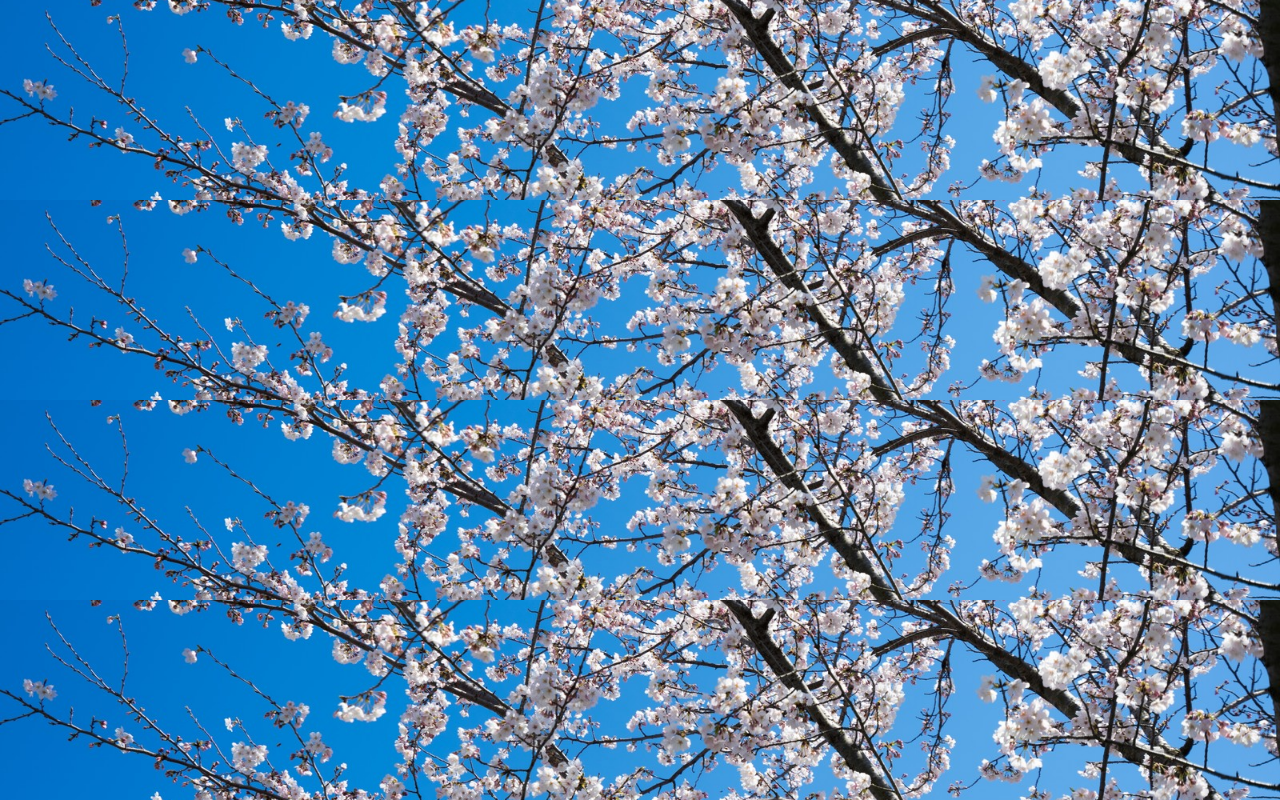
Repository: t-sato-infratop/environment
Page: chapter6_exercise/chapter6_exercise.html
The author's editor kept a record of every edit. The page is drawn from the files as they stood at one moment, then again after the next edit.
The browser window is 1280 px wide. The pictures show the whole page.

Above is the page before.

After the next edit:
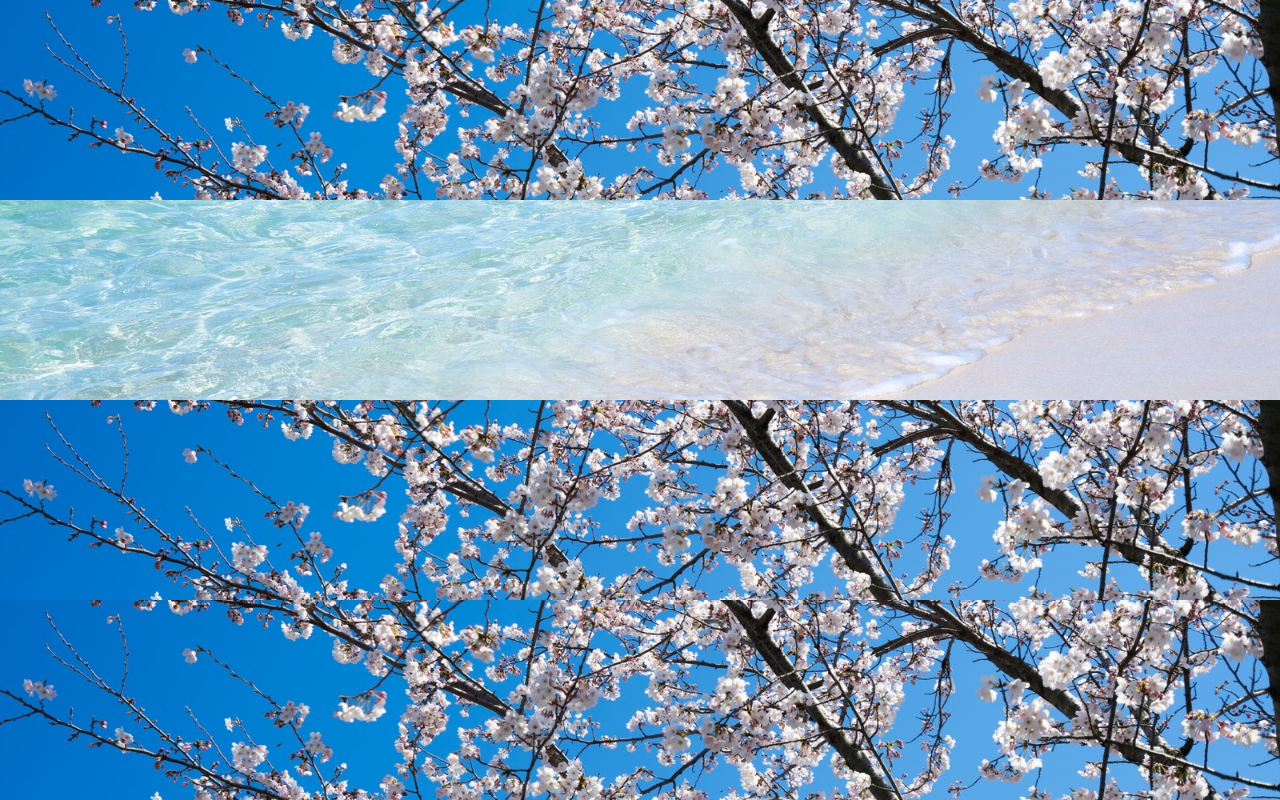
The edit:
--- a/chapter6_exercise/chapter6_exercise.css
+++ b/chapter6_exercise/chapter6_exercise.css
@@ -16,7 +16,7 @@
 .box2 {
 width: 100%;
 height: 200px;
-background-image: url(img/box1.jpg);
+background-image: url(img/box2.jpg);
 background-size: cover;
 background-position: center;
 
